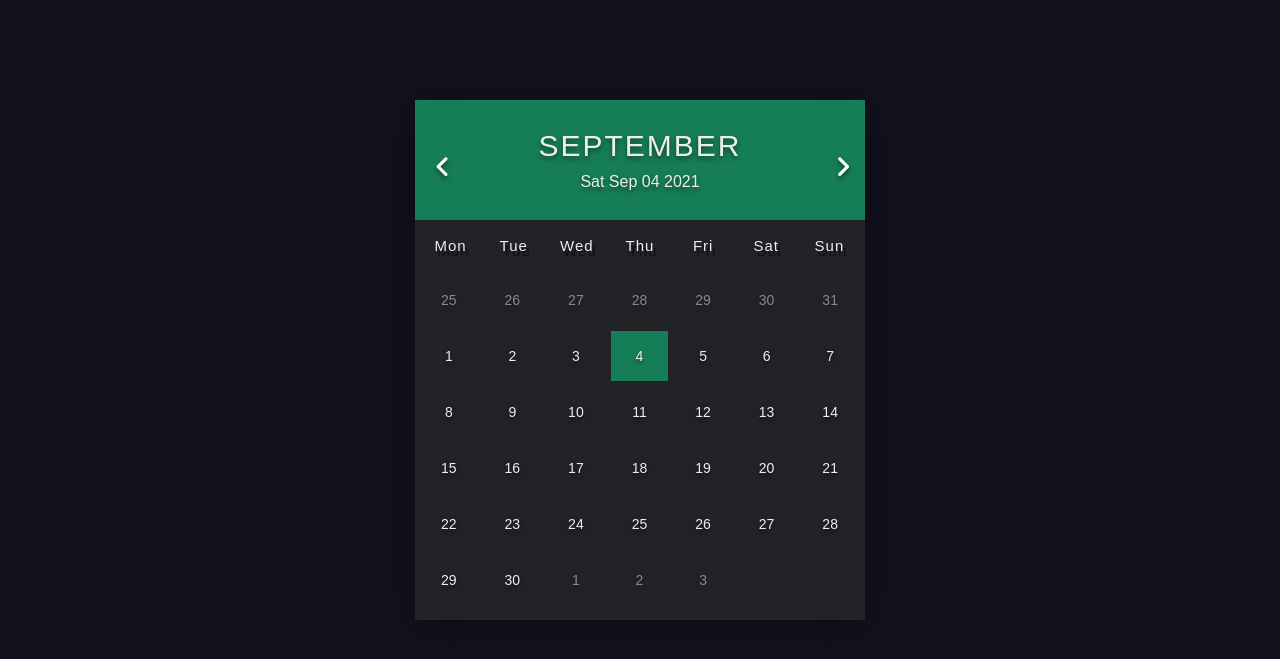
Repository: dboinska/calendar
Page: index.html
The author's editor kept a copy of each file at every save. The page is drawn from the files as they stood at one save, then again after the next save.
The browser window is 1280 px wide. The pictures show the whole page.
Some web libraries are served in a nearby version.

Above is the page before, as saved 2021-09-06 12:31:25.

### index.html
<!DOCTYPE html>
<html lang="en">
  <head>
    <meta charset="UTF-8" />
    <meta http-equiv="X-UA-Compatible" content="IE=edge" />
    <meta name="viewport" content="width=device-width, initial-scale=1.0" />
    <title>Calendar</title>
    <script
      src="https://kit.fontawesome.com/5567926149.js"
      crossorigin="anonymous"
    ></script>
    <link rel="stylesheet" href="style.css" />
  </head>
  <body>
    <div class="container">
      <div class="calendar">
        <div class="month">
          <i class="fas fa-angle-left prev"></i>
          <div class="date">
            <h1></h1>
            <p></p>
          </div>
          <i class="fas fa-angle-right next"></i>
        </div>
        <div class="weekdays">
          <div>Mon</div>
          <div>Tue</div>
          <div>Wed</div>
          <div>Thu</div>
          <div>Fri</div>
          <div>Sat</div>
          <div>Sun</div>
        </div>
        <div class="days"></div>
      </div>
    </div>
    <script src="script.js"></script>
  </body>
</html>

### style.css
* {
  margin: 0;
  padding: 0;
  box-sizing: border-box;
  font-family: "Quicksand", sans-serif;
}

html {
  font-size: 62.5%;
}

.container {
  width: 100%;
  height: 100vh;
  background-color: #12121f;
  color: #eee;
  display: flex;
  justify-content: center;
  align-items: center;
}

.calendar {
  width: 45rem;
  height: 52rem;
  background-color: #222227;
  box-shadow: 0 0.5rem 3rem rgba(0, 0, 0, 0.4);
}

.fas {
  height: 10px;
  width: 10px;
  color: white;
}

.month {
  width: 100%;
  height: 12rem;
  background-color: #167e56;
  display: flex;
  justify-content: space-between;
  align-items: center;
  padding: 0 2rem;
  text-align: center;
  text-shadow: 0 0.3rem 0.5rem rgba(0, 0, 0, 0.5);
}

.month i {
  font-size: 2.5rem;
  cursor: pointer;
}

.month h1 {
  font-size: 3rem;
  font-weight: 400;
  text-transform: uppercase;
  letter-spacing: 0.2rem;
  margin-bottom: 1rem;
}

.month p {
  font-size: 1.6rem;
}

.weekdays {
  width: 100%;
  height: 5rem;
  padding: 0 0.4rem;
  display: flex;
  align-items: center;
}

.weekdays div {
  font-size: 1.5rem;
  font-weight: 400;
  letter-spacing: 0.1rem;
  width: calc(44.2rem / 7);
  display: flex;
  justify-content: center;
  align-items: center;
  text-shadow: 0.3rem 0.5rem rgba(0, 0, 0, 0.5);
}

.days {
  width: 100%;
  display: flex;
  flex-wrap: wrap;
  padding: 0.2rem;
}

.days div {
  font-size: 1.4rem;
  margin: 0.3rem;
  width: calc(40.3rem / 7);
  height: 5rem;
  display: flex;
  justify-content: center;
  align-items: center;
  text-shadow: 0 0.3rem 0.5rem rgba(0, 0, 0, 0.5);
  transition: background-color 0.2s;
}

.days div:hover:not(.today) {
  background-color: #262626;
  border: 2rem solid #777;
  cursor: pointer;
}

.prev-date,
.next-date {
  opacity: 0.5;
}

.today {
  background-color: #167e56;
}

### script.js
const date = new Date();
const renderCalendar = () => {
  const monthDays = document.querySelector(".days");
  const lastDay = new Date(
    date.getFullYear(),
    date.getMonth() + 1,
    0
  ).getDate();
  const prevLastDay = new Date(
    date.getFullYear(),
    date.getMonth(),
    0
  ).getDate();
  const firstDayIndex = date.getDay();
  const lastDayIndex = new Date(
    date.getFullYear(),
    date.getMonth(),
    0
  ).getDay();
  console.log(lastDayIndex);
  console.log(lastDay);

  const nextDays = 7 - lastDayIndex - 1;
  const months = [
    "January",
    "February",
    "March",
    "April",
    "May",
    "June",
    "July",
    "August",
    "September",
    "October",
    "November",
    "December",
  ];

  document.querySelector(".date h1").innerHTML = months[date.getMonth()];

  document.querySelector(".date p").innerHTML = new Date().toDateString();

  let days = "";

  for (let x = firstDayIndex + 1; x > 0; x--) {
    days += `<div class="prev-date">${prevLastDay - x + 1}</div>`;
  }
  for (let i = 1; i <= lastDay; i++) {
    if (
      i === new Date().getDate() &&
      date.getMonth() === new Date().getMonth()
    ) {
      days += `<div class="today">${i}</div>`;
    } else {
      days += `<div>${i}</div>`;
    }

    monthDays.innerHTML = days;
  }

  for (let j = 1; j <= nextDays - 1; j++) {
    days += `<div class="next-date">${j}</div>`;
    monthDays.innerHTML = days;
  }
};
// date.setDate(1);
// console.log(date.getDay());
// const month = date.getMonth();
// console.log(month);

document.querySelector(".prev").addEventListener("click", () => {
  date.setMonth(date.getMonth() - 1);
  renderCalendar();
});

document.querySelector(".next").addEventListener("click", () => {
  date.setMonth(date.getMonth() + 1);
  renderCalendar();
});

renderCalendar();

After the next save:
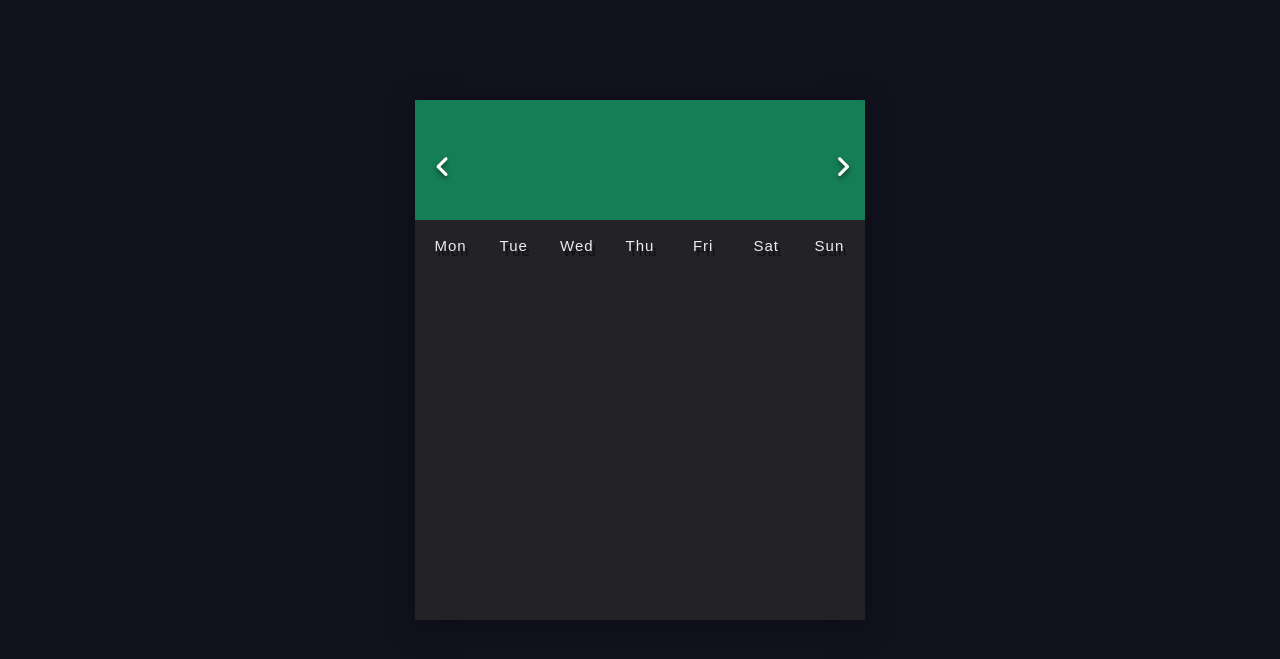
Console error: SyntaxError: Invalid or unexpected token
Saved 117 s later.
--- a/script.js
+++ b/script.js
@@ -57,7 +57,7 @@
 
     monthDays.innerHTML = days;
   }
-
+  console.log("next days', nextDays)
   for (let j = 1; j <= nextDays - 1; j++) {
     days += `<div class="next-date">${j}</div>`;
     monthDays.innerHTML = days;

After the save that followed:
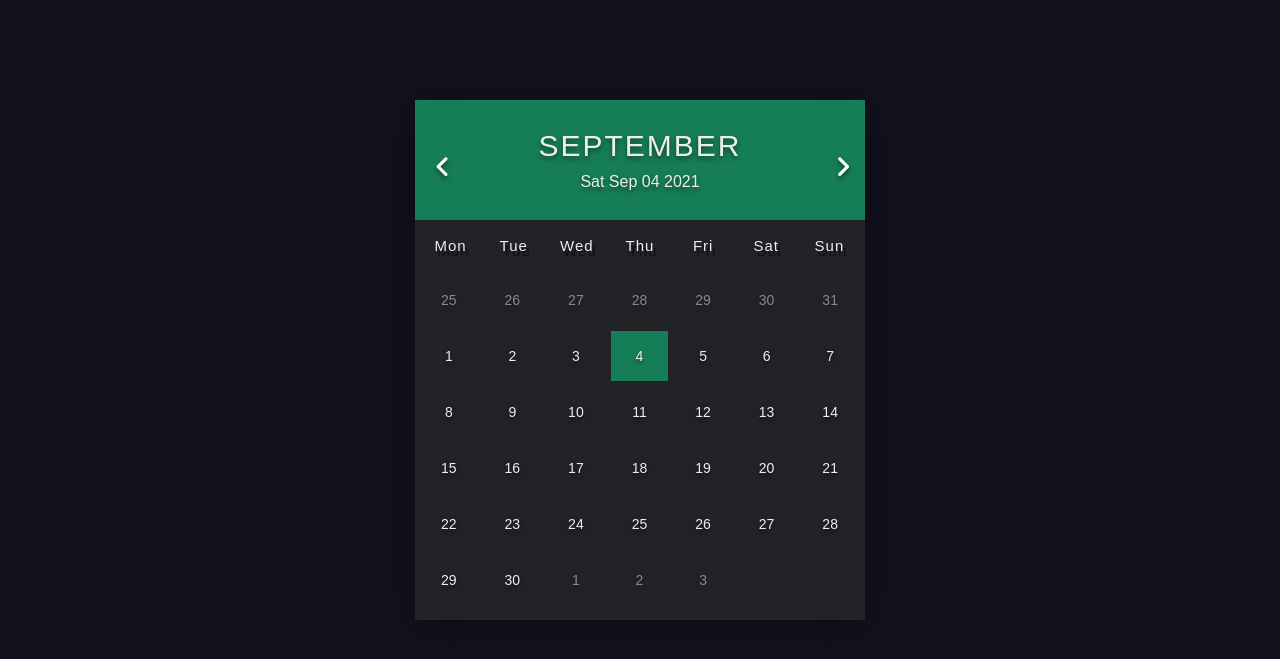
The error is gone.
Saved 6 s later.
--- a/script.js
+++ b/script.js
@@ -57,7 +57,7 @@
 
     monthDays.innerHTML = days;
   }
-  console.log("next days', nextDays)
+  console.log("next days", nextDays);
   for (let j = 1; j <= nextDays - 1; j++) {
     days += `<div class="next-date">${j}</div>`;
     monthDays.innerHTML = days;
